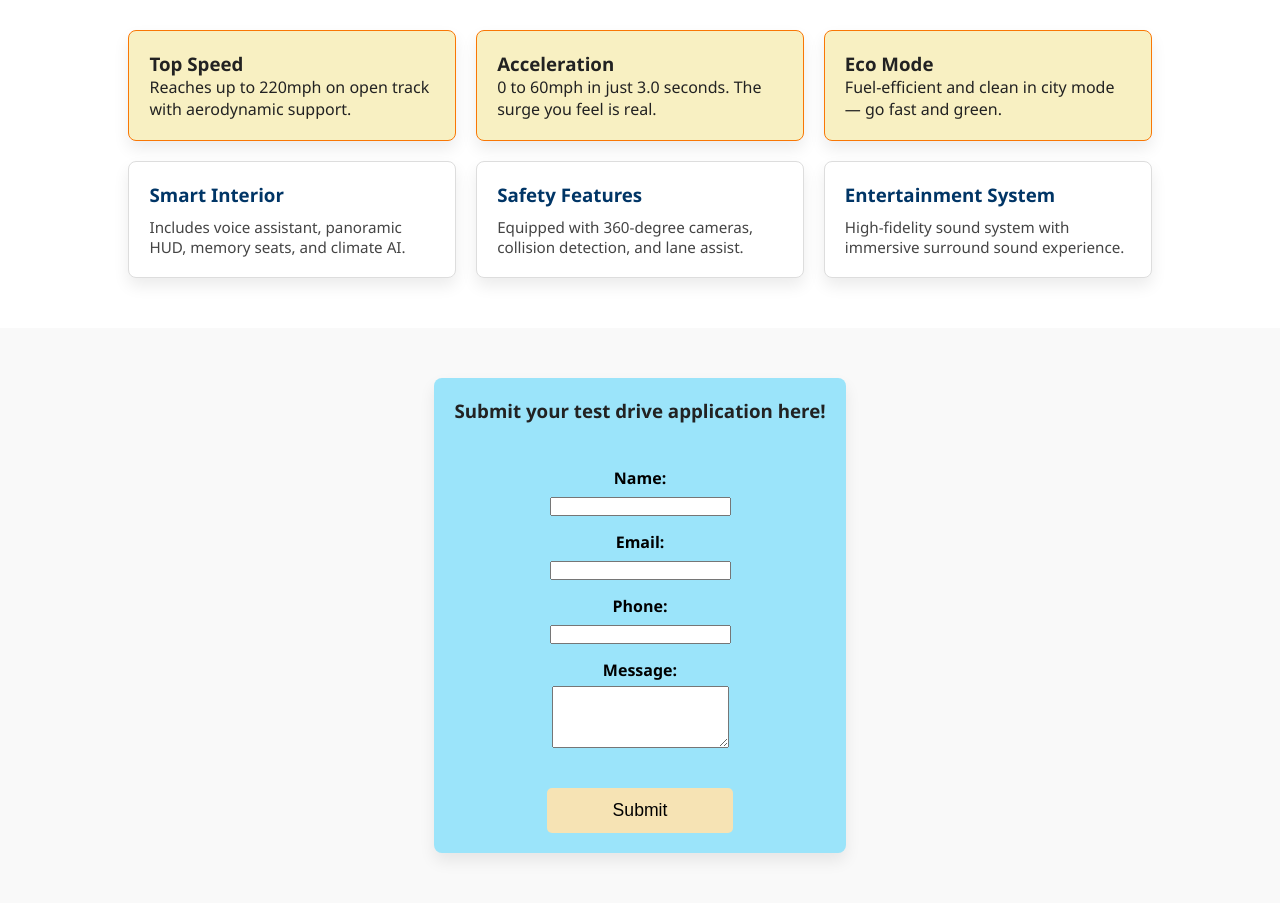
Repository: JiaheSu22/vrooom-responsive-main
Page: index.html
These files come from the project's save history. The page is drawn as it stood at one moment and after the next save; the edit follows.
The browser window is 1280 px wide. The pictures show the part of the page from y = 740 to 1643 px (the page is 1643 px tall before and 1583 px after).
A picture or video elsewhere on the page could not be fetched, so the positions and the page height are approximate.

Above is the page before, as saved 2025-04-11 15:09:29.

### index.html
<!DOCTYPE html>
<html lang="en">

<head>
  <meta charset="UTF-8">
  <title>Vrooom — Barracuda X10</title>
  <style>
    * {
      box-sizing: border-box;
      margin: 0;
      padding: 0;
    }

    body {
      font-family: 'Segoe UI', sans-serif;
      background-color: #f9f9f9;
      color: #222;
    }

    /* HERO SECTION */
    .hero {
      position: relative;
      height: 100vh;
      width: 100%;
      background-image: url('assets/mercedes-vision-avtr.webp');
      background-repeat: no-repeat;
      background-size: cover;
      background-position: center;
      overflow: hidden;
    }

    /* Optional dark overlay for unifying text+video contrast */
    .hero::before {
      content: "";
      position: absolute;
      inset: 0;
      background: linear-gradient(to right, rgba(0, 0, 0, 0.7), rgba(0, 0, 0, 0.1));
      z-index: 0;
    }

    /* Logo - slightly rotated, floating */
    .hero-logo {
      position: absolute;
      left: 2px;
      width: 30%;
      transform: rotate(-8deg);
      z-index: 0;
    }

    .hero-logo img {
      width: 100%;
    }

    /* Rotated text box */
    .hero-text {
      position: absolute;
      bottom: 3%;
      left: 5%;
      background: rgba(255, 255, 255, 0.1);
      padding: 30px;
      border-left: 6px solid #f6e3b4;
      border-radius: 10px;
      backdrop-filter: blur(1px);
      z-index: 0;

    }

    .hero-text h1 {
      font-size: 3em;
      color: #a0fcf7;
      margin-bottom: 10px;
    }

    .hero-text p {
      font-size: 1.2em;
      color: #fff;
    }

    /* Tilted video box */
    .hero-video {
      position: absolute;
      top: auto;
      bottom: 20px;
      right: 20px;
      box-shadow: 0 10px 20px rgba(0, 0, 0, 0.6);
      z-index: 0;
      border-radius: 5px;
      overflow: hidden;
      transition: transform 0.3s ease;
    }

    .hero-video:hover {
      transform: scale(1.3);
    }

    .hero-video video {
      width: 100%;
      display: block;
      border-radius: 2px;
    }

    /* CARD SECTION */
    .card-section {
      display: flex;
      flex-wrap: wrap;
      justify-content: center;
      gap: 20px;
      padding: 50px 10%;
      background-color: #ffffff;
    }

    .top-card {
      background: rgb(248, 240, 194);
      border: 1px solid #f97705;
      border-radius: 8px;
      box-shadow: 0 8px 16px rgba(0, 0, 0, 0.08);
      padding: 20px;
      width: 32%;
      transition: transform 0.3s ease;
    }

    .card {
      background: white;
      border: 1px solid #ddd;
      border-radius: 8px;
      box-shadow: 0 8px 16px rgba(0, 0, 0, 0.08);
      width: 32%;
      padding: 20px;
      transition: transform 0.3s ease;
    }

    .top-card:hover {
      transform: translateY(10px);
      box-shadow: 0 12px 24px rgba(101, 247, 205, 0.1);
    }

    .card:hover {
      transform: translateY(-5px);
      box-shadow: 0 12px 24px rgba(0, 0, 0, 0.1);
    }

    .card h3 {
      margin-bottom: 10px;
      color: #003566;
    }

    .card p {
      font-size: 0.95em;
      color: #444;
    }

    .form-section {
      display: flex;
      flex-direction: column;
      background: #f9f9f9;
      padding: 50px 10%;
      text-align: center;
    }

    .form-section form {
      display: flex;
      flex-direction: column;
      background: rgb(155, 228, 250);
      border-radius: 8px;
      box-shadow: 0 8px 16px rgba(0, 0, 0, 0.08);
      padding: 20px;
      margin: auto;
    }

    .form-section label {
      display: block;
      font-weight: bold;
      margin-bottom: 5px;
      color: #000000;
    }

    .form-section .form {
      margin-bottom: 15px;
    }

    .form-section button {
      margin: auto;
      background: #f6e3b4;
      color: #000000;
      border: none;
      padding: 12px 25px;
      border-radius: 5px;
      cursor: pointer;
      font-size: 1.1em;
      width: 50%;
      margin-top: 20px;
      transition: background 0.3s ease;
    }

    .form-section button:hover {
      background: #f97705;
      color: #fff;
    }


    /* Responsive Adjustments */
    @media (max-width: 768px) {
      .hero-text {
        position: static;
        margin: 20px auto;
        background: rgba(0, 0, 0, 0.7);
        text-align: center;
      }

      .hero-video {
        position: static;
        width: 90%;
        margin: 20px auto;
      }

      .card-section {

        align-items: center;
        padding: 30px 5%;
      }
    }
  </style>
</head>

<body>

  <!-- HERO SECTION -->
  <section class="hero">

    <!-- Logo -->
    <div class="hero-logo">
      <img src="assets/logo-enh.png" alt="Vrooom Logo">
    </div>

    <!-- Text -->
    <div class="hero-text">
      <h1>Mercedes Vision AVTR</h1>
      <p>A marriage between art and science.</p>
    </div>

    <!-- Video -->
    <div class="hero-video">
      <video autoplay loop muted>
        <source src="assets/avtr-demo.mp4" type="video/mp4">
        Your browser does not support the video tag.
      </video>
    </div>

  </section>

  <!-- CARD SECTION -->
  <section class="card-section">
    <div class="top-card">
      <h3>Top Speed</h3>
      <p>Reaches up to 220mph on open track with aerodynamic support.</p>
    </div>
    <div class="top-card">
      <h3>Acceleration</h3>
      <p>0 to 60mph in just 3.0 seconds. The surge you feel is real.</p>
    </div>
    <div class="top-card">
      <h3>Eco Mode</h3>
      <p>Fuel-efficient and clean in city mode — go fast and green.</p>
    </div>
    <div class="card">
      <h3>Smart Interior</h3>
      <p>Includes voice assistant, panoramic HUD, memory seats, and climate AI.</p>
    </div>
    <div class="card">
      <h3>Safety Features</h3>
      <p>Equipped with 360-degree cameras, collision detection, and lane assist.</p>
    </div>
    <div class="card">
      <h3>Entertainment System</h3>
      <p>High-fidelity sound system with immersive surround sound experience.</p>
    </div>
  </section>

  <section class="form-section">
    <form action="">
      <h3>Submit your test drive application here!</h3> <br><br>
      <div class="form">
        <label for="name">Name:</label>
        <input type="text" id="name" name="name" required>
      </div>
      <div class="form">
        <label for="email">Email:</label>
        <input type="email" id="email" name="email" required>
      </div>
      <div class="form">
        <label for="phone">Phone:</label>
        <input type="tel" id="phone" name="phone" required>
      </div>
      <div class="form">
        <label for="message">Message:</label>
        <textarea id="message" name="message" rows="4" required></textarea>
      </div>
      <button type="submit">Submit</button>
    </form>
  </section>
</body>

</html>

After the next save:
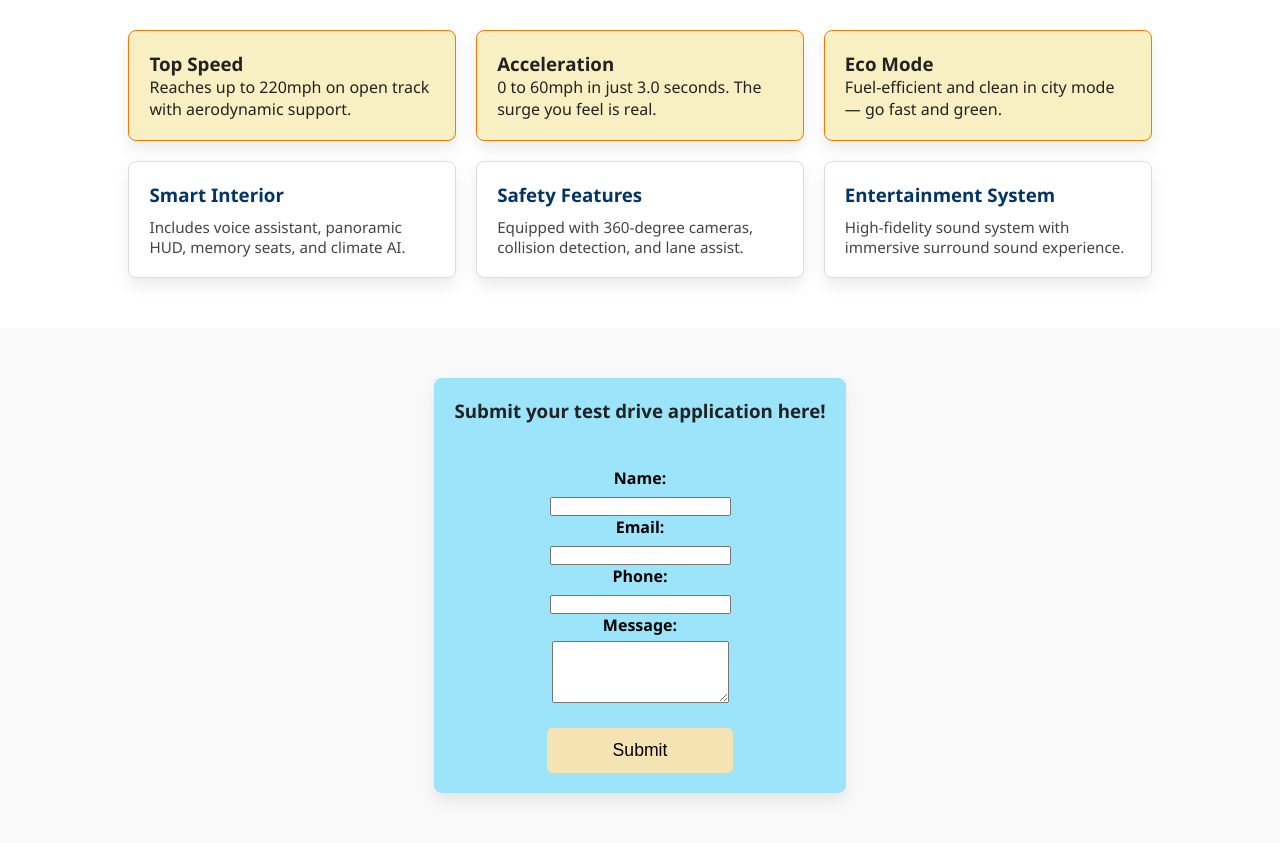
Saved 45 s later.
--- a/index.html
+++ b/index.html
@@ -172,10 +172,6 @@
       font-weight: bold;
       margin-bottom: 5px;
       color: #000000;
-    }
-
-    .form-section .form {
-      margin-bottom: 15px;
     }
 
     .form-section button {

After the save that followed:
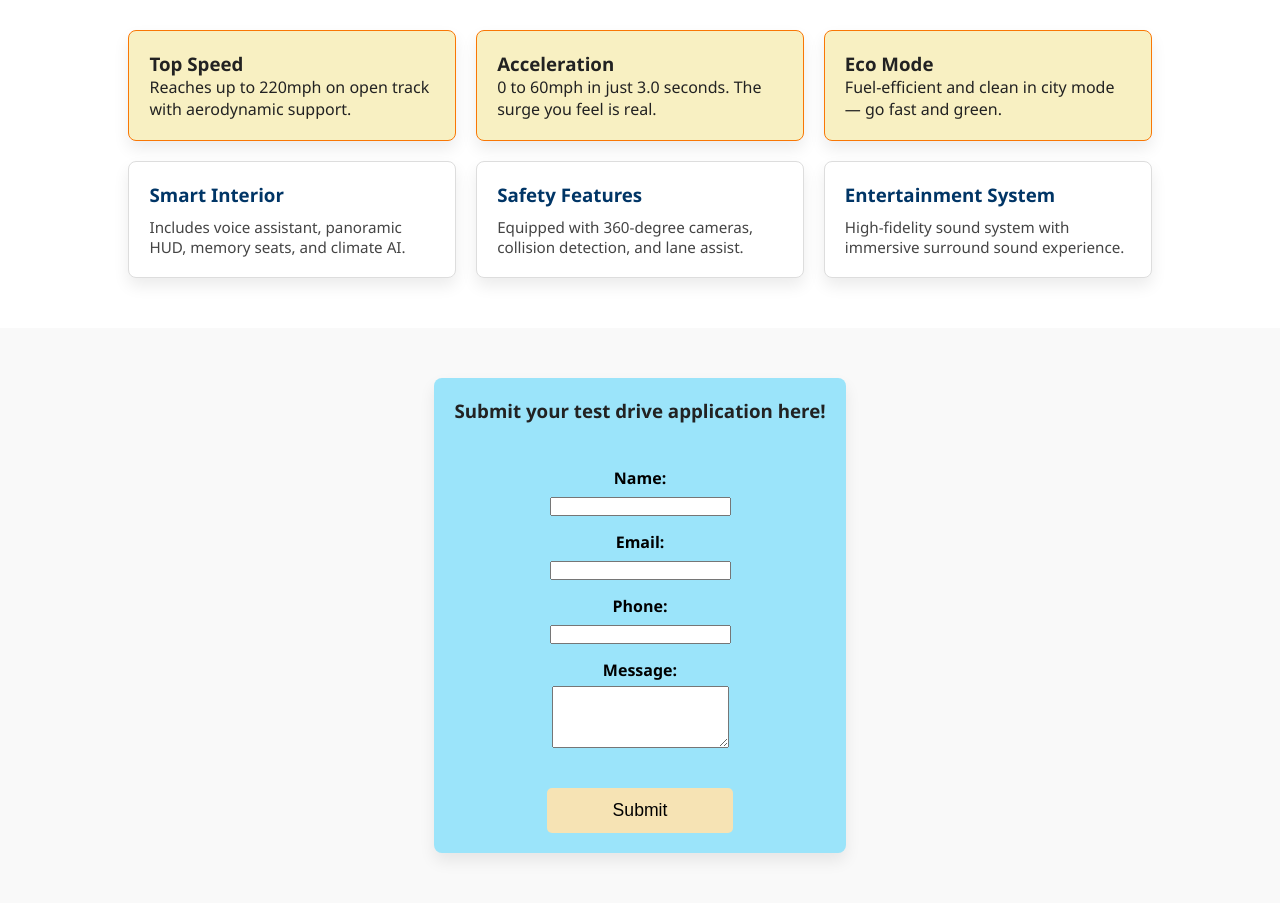
Saved 12 s later.
--- a/index.html
+++ b/index.html
@@ -172,6 +172,10 @@
       font-weight: bold;
       margin-bottom: 5px;
       color: #000000;
+    }
+
+    .form-section .form {
+      margin-bottom: 15px;
     }
 
     .form-section button {
